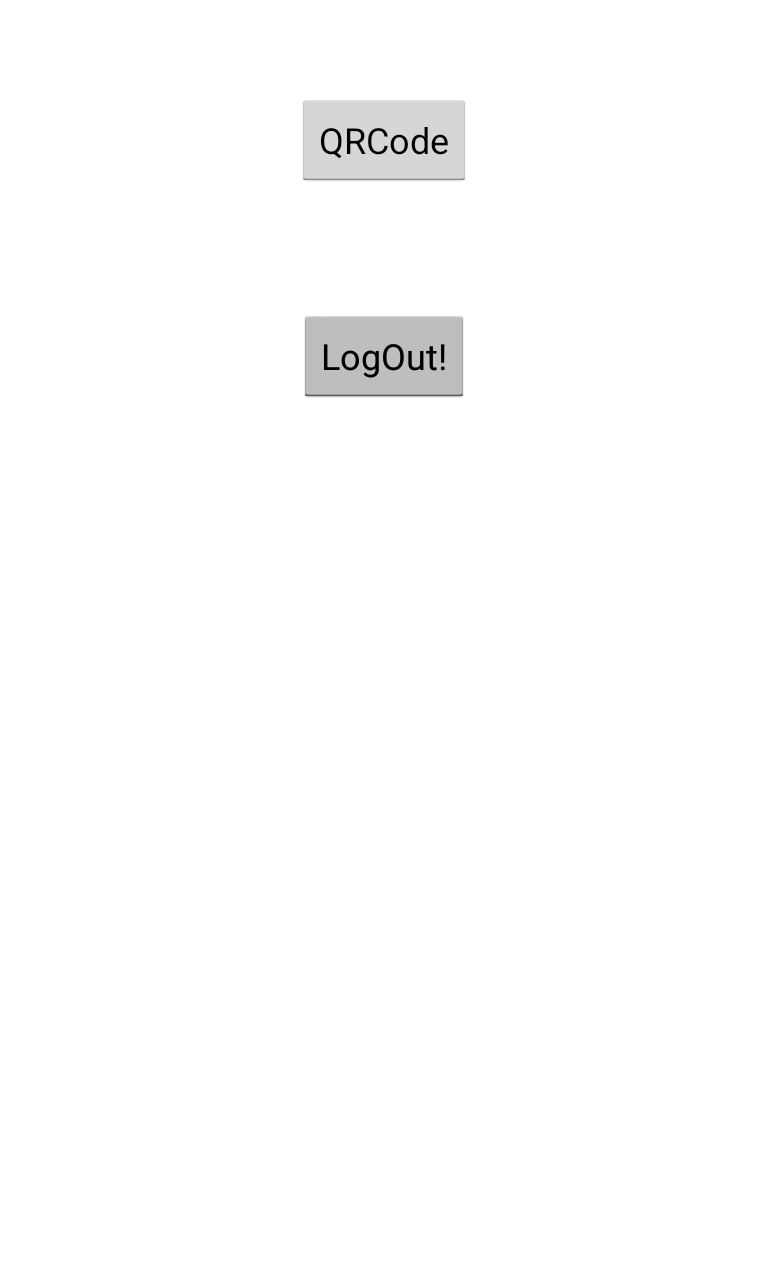
Repository: raphaelferras/eshelf
Layout: eshelfApp/E-shelf/res/layout/activity_menu.xml
These files come from the project's save history. The layout is drawn as it stood at one moment and after the next save; the edit follows.
It is drawn on a 768 x 1280 px phone screen (xhdpi) without system bars, with theme AppTheme; the app's code is not run.

Above is the layout before, as saved 2013-03-23 18:18:01.

### eshelfApp/E-shelf/res/layout/activity_menu.xml
<RelativeLayout xmlns:android="http://schemas.android.com/apk/res/android"
    xmlns:tools="http://schemas.android.com/tools"
    android:layout_width="match_parent"
    android:layout_height="match_parent" >

    <Button
        android:id="@+id/qrcode"
        android:layout_width="wrap_content"
        android:layout_height="wrap_content"
        android:layout_alignParentTop="true"
        android:layout_centerHorizontal="true"
        android:layout_marginTop="46dp"
        android:text="QRCode" />

    <Button
        android:id="@+id/logout"
        android:layout_width="wrap_content"
        android:layout_height="wrap_content"
        android:layout_below="@+id/qrcode"
        android:layout_centerHorizontal="true"
        android:layout_marginTop="60dp"
        android:text="LogOut!" />

    <Button
        android:id="@+id/items_list"
        android:layout_width="wrap_content"
        android:layout_height="wrap_content"
        android:layout_below="@+id/qrcode"
        android:layout_centerHorizontal="true"
        android:layout_marginTop="60dp"
        android:text="LogOut!" />

</RelativeLayout>

Loaded but not shown: eshelfApp/E-shelf/res/values-v11/styles.xml (common file); eshelfApp/E-shelf/res/values-v14/styles.xml (common file); eshelfApp/E-shelf/res/values/styles.xml (common file)

After the next save:
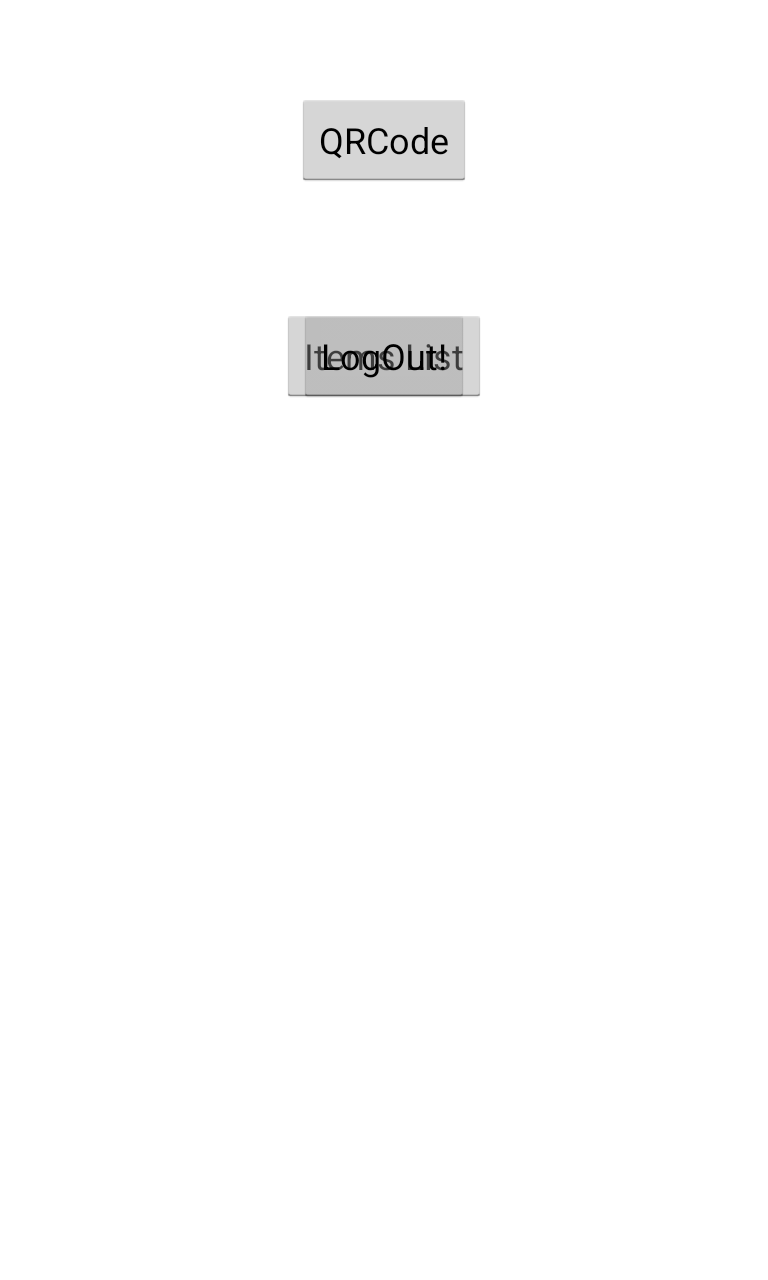
Saved 18 s later.
--- a/eshelfApp/E-shelf/res/layout/activity_menu.xml
+++ b/eshelfApp/E-shelf/res/layout/activity_menu.xml
@@ -12,6 +12,16 @@
         android:layout_marginTop="46dp"
         android:text="QRCode" />
 
+
+    <Button
+        android:id="@+id/items_list"
+        android:layout_width="wrap_content"
+        android:layout_height="wrap_content"
+        android:layout_below="@+id/qrcode"
+        android:layout_centerHorizontal="true"
+        android:layout_marginTop="60dp"
+        android:text="Items List" />
+
     <Button
         android:id="@+id/logout"
         android:layout_width="wrap_content"
@@ -21,13 +31,5 @@
         android:layout_marginTop="60dp"
         android:text="LogOut!" />
 
-    <Button
-        android:id="@+id/items_list"
-        android:layout_width="wrap_content"
-        android:layout_height="wrap_content"
-        android:layout_below="@+id/qrcode"
-        android:layout_centerHorizontal="true"
-        android:layout_marginTop="60dp"
-        android:text="LogOut!" />
 
 </RelativeLayout>
